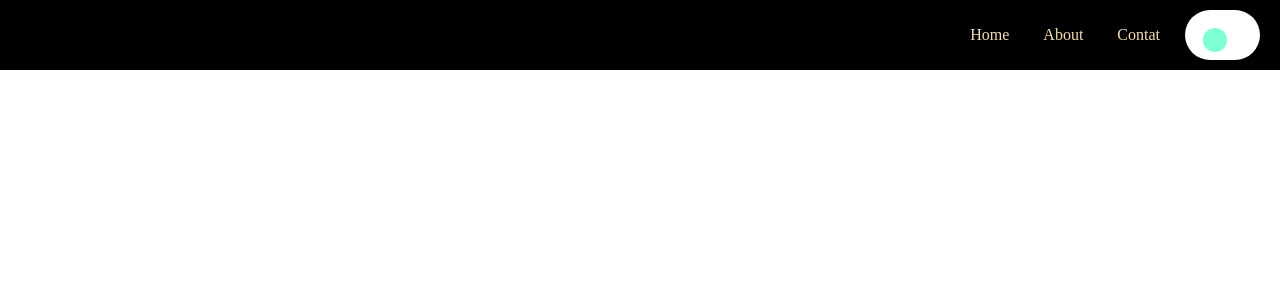
Repository: imokha01/toggleNavBar
Page: index.html
The author's editor kept a copy of each file at every save. The page is drawn from the files as they stood at one save, then again after a run of saves.
The browser window is 1280 px wide. The pictures show the whole page.

Above is the page before, as saved 2023-12-26 22:51:54.

### index.html
<!DOCTYPE html>
<html lang="en">
<head>
    <meta charset="UTF-8">
    <meta name="viewport" content="width=device-width, initial-scale=1.0">
    <title>Toggle Nav Bar</title>
    <link rel="stylesheet" href="style.css">
</head>
<body>
    <header class="header">
        <div class="header__content">
            <nav class="header__content__navbar">
                <li class="header__content__navbar__list">
                    <a href="#" class="header__content__navbar__link">Home</a>
                </li>
                <li class="header__content__navbar__list">
                    <a href="#" class="header__content__navbar__link">About</a>
                </li>
                <li class="header__content__navbar__list">
                    <a href="#" class="header__content__navbar__link">Contat</a>
                </li>
            </nav>
            <input type="checkbox" class="checkbox toggle-triger">
        </div>
    </header>
    <div class="main-body"></div>
</body>
</html>

### style.css
*{
    margin: 0;
    padding: 0;
    box-sizing: border-box;
}

.header {
    background: #000;
    /* height: 70px; */

}


.header__content__navbar__list {
    display: inline-block;
    list-style-type: none;
}

.header__content__navbar__link{
    color: wheat;
    text-decoration: none;
    padding: 15px;
}

.header__content {
    display: flex;
    justify-content: end;
    align-items: center;
    padding: 10px 20px;

    gap: 10px;
}

.checkbox {
    width: 75px;
    height:50px;
    border-radius: 60px;
    background-color: #fff;
    appearance: none;
    position: relative;
    outline: none;
    cursor: pointer;
    transition: .5s;
}

.checkbox::before {
    height: 60px;
    width: 60px;
    position: absolute;
    top: 0;
    left: 0;
    content: "";
    background-color: aquamarine;
    border-radius: 60px;
    transform: scale(0.4);
    transition: .5s;
}

.checkbox::after {
    content: "";
    width: 100vw;
    height: 100vh;
    background-color: #000;
    transition: .5s;
}

.checkbox:checked{
    background-color: blue;
}

.checkbox:checked::before{
    left: 25px;
}


.checkbox:checked::after {
    background-color: #fff;
}

After the next 2 saves:
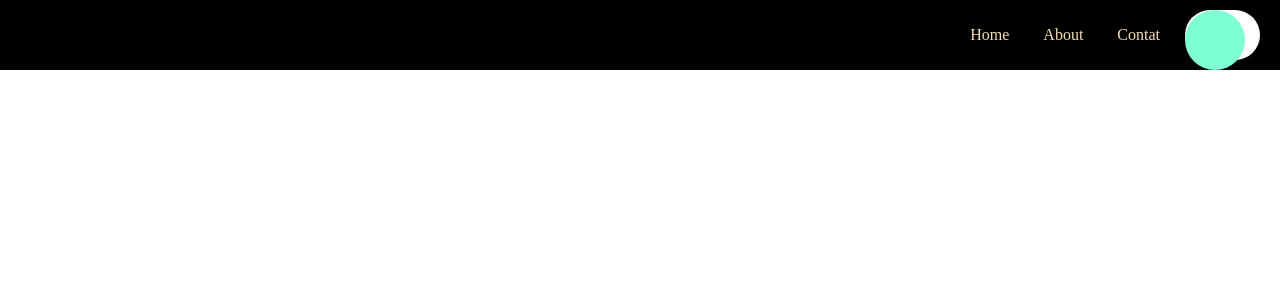
The 2 saves are shown as one change because they came seconds apart.
The last was saved 18 s later.
--- a/style.css
+++ b/style.css
@@ -52,7 +52,7 @@
     content: "";
     background-color: aquamarine;
     border-radius: 60px;
-    transform: scale(0.4);
+    transform: scale(0.);
     transition: .5s;
 }
 
